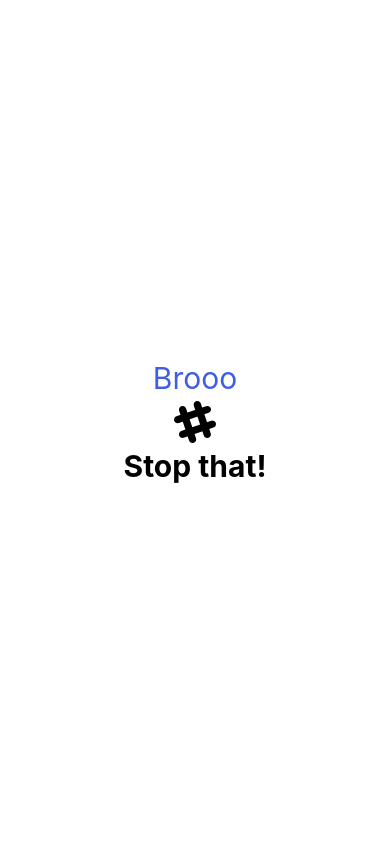
Repository: fshmasterflex/InstaLilly
Screen: /
These files come from the project's save history. The screen is drawn as it stood at one moment and after a run of saves; the edit follows.
The app was drawn by React Native's web renderer in a window 390 px wide. The project was rebuilt for these pictures with package versions that can differ from the ones it lists, and the page was loaded fresh each time.

Above is the screen before, as saved 2022-10-31 19:50:08.

### App.tsx
import {View, Text} from 'react-native';
import colors from './src/theme/colors';
import font from './src/theme/fonts';
import AntDesign from 'react-native-vector-icons/AntDesign';

const App = () => {
  return (
    <View style={{flex: 1, alignItems: 'center', justifyContent: 'center'}}>
      <Text style={{color: colors.primary, fontSize: font.size.xxlg}}>
        Brooo
      </Text>
      <AntDesign name="slack" size={48} />
      <Text
        style={{
          color: colors.black,
          fontWeight: font.weight.bold,
          fontSize: font.size.xxlg,
        }}>
        Stop that!
      </Text>
    </View>
  );
};

export default App;

### src/theme/colors.ts
const colors = {
    primary: '#405DE6',
    white: '#fff',
    black: '#000',
    grey: '#666666',
    lightgrey: '#cccccc',
}
export default colors;

### src/theme/fonts.ts
const size = {
    xs: 10,
    s: 12,
    default: 14,
    md: 16,
    lg: 20,
    xlg: 24,
    xxlg: 30,
};
const weight = {
    full: '900',
    semi: '600',
    bold: 'bold',
    normal: 'normal',
    thin: '400',
}
export default {size, weight};

After the next 5 saves:
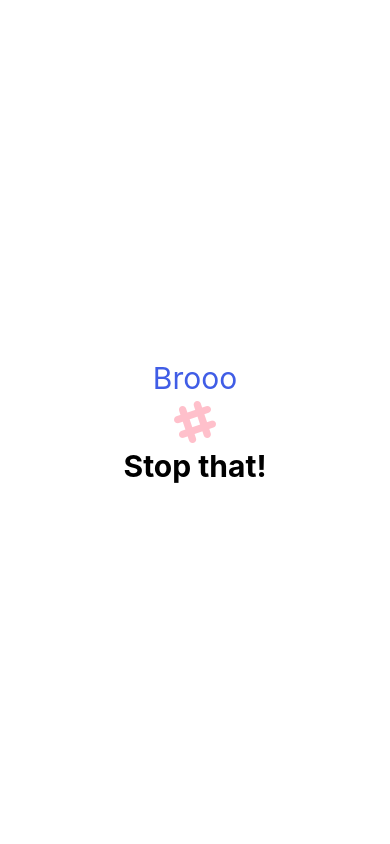
The 5 saves are shown as one change because they came seconds apart.
The last was saved 14 s later.
--- a/App.tsx
+++ b/App.tsx
@@ -9,7 +9,7 @@ const App = () => {
       <Text style={{color: colors.primary, fontSize: font.size.xxlg}}>
         Brooo
       </Text>
-      <AntDesign name="slack" size={48} />
+      <AntDesign name="slack" color="pink" size={48} />
       <Text
         style={{
           color: colors.black,
